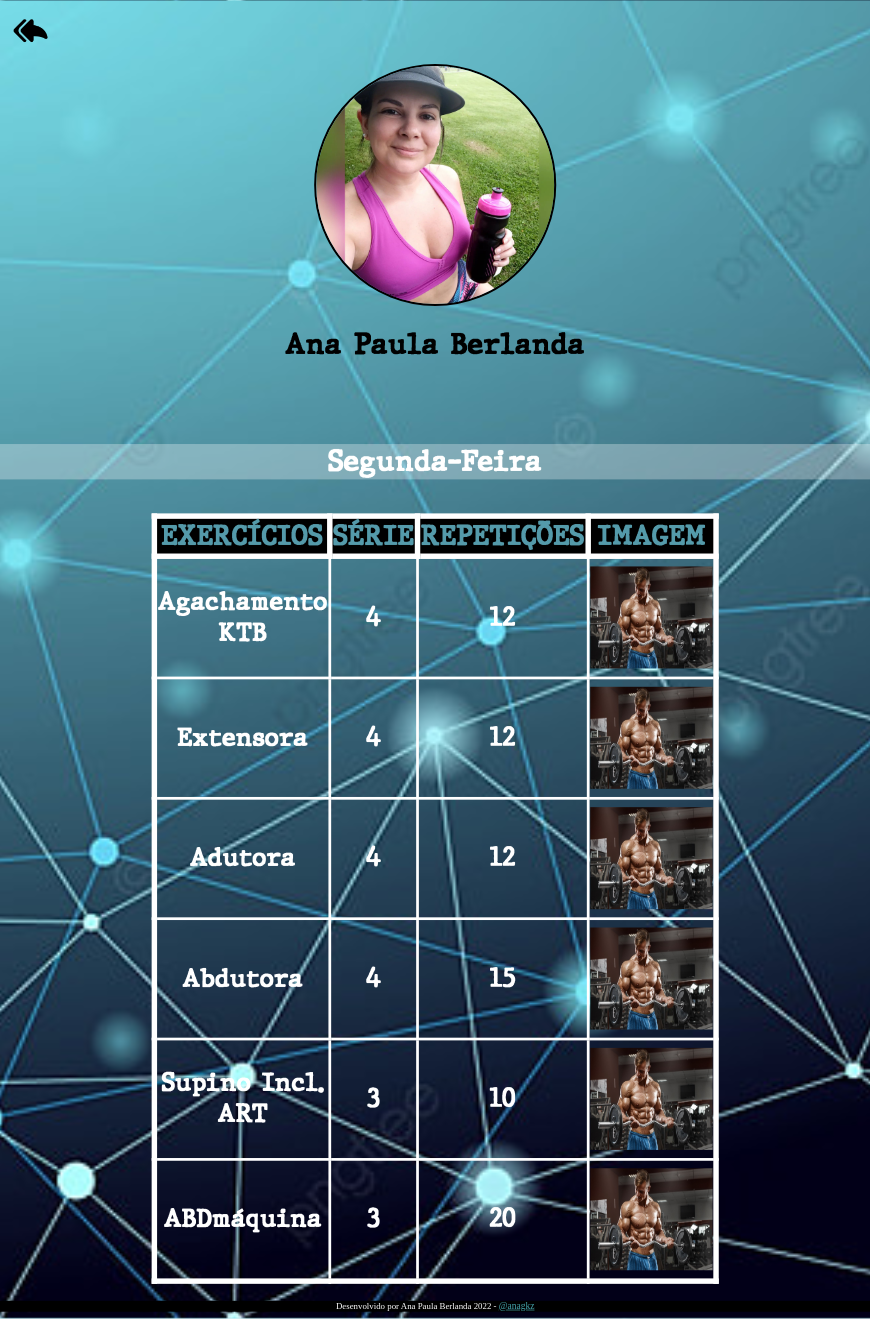
Repository: AnaBerlanda/AppAcademia
Page: diadasemana.html
These files come from the project's save history. The page is drawn as it stood at one moment and after the next save; the edit follows.
The browser window is 1280 px wide. The pictures show the whole page, at 68% of full size.

Above is the page before, as saved 2022-02-11 15:45:35.

After the next save:
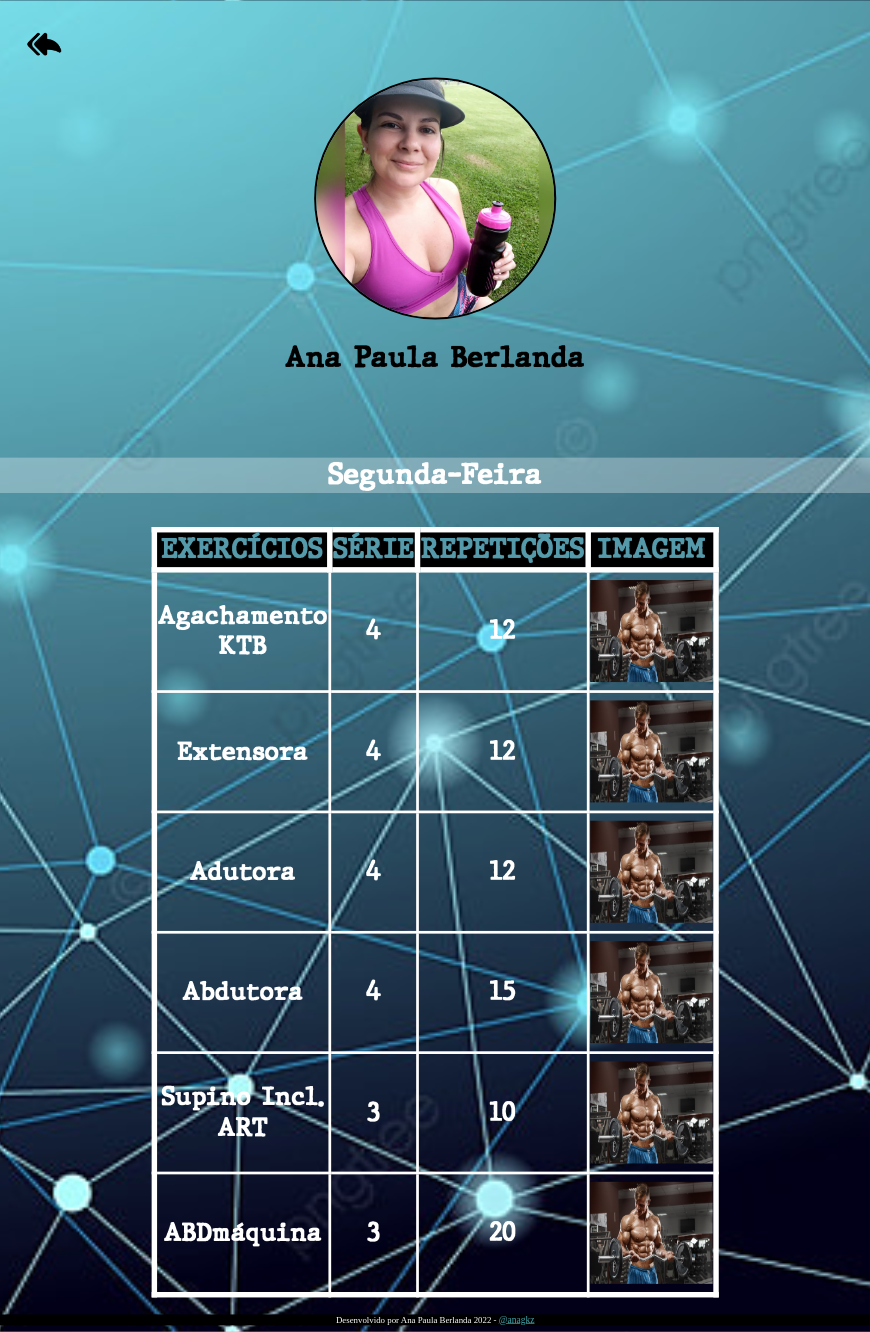
Saved 2 min 7 s later.
--- a/diadasemana.html
+++ b/diadasemana.html
@@ -107,7 +107,7 @@
         }
         .seta{
             text-align: left;
-            margin: 20px 20px 20px 20px;
+            margin: 40px 48px 20px 40px
 
         }
 </style>
